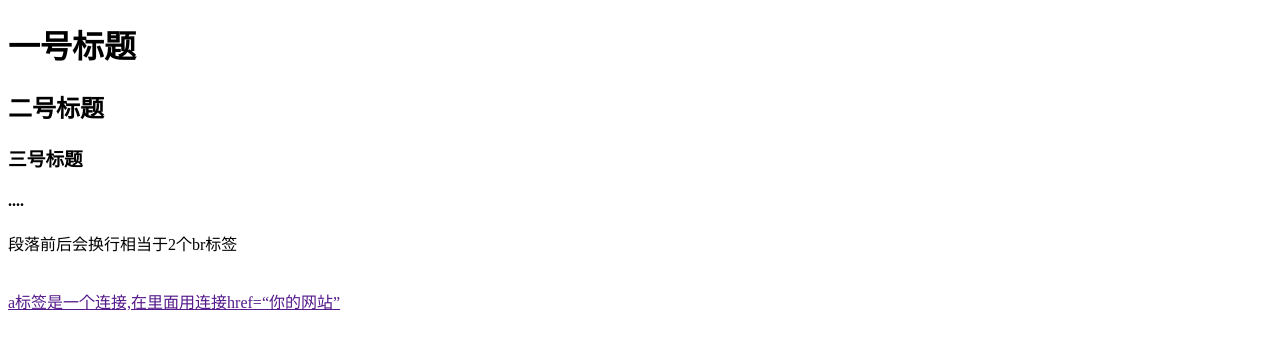
Repository: jarvanstack/vscode
Page: HTML/HTML基础知识.html
The author's editor kept a copy of each file at every save. The page is drawn from the files as they stood at one save, then again after the next save.
The browser window is 1280 px wide. The pictures show the whole page.

Above is the page before, as saved 2020-06-11 09:21:15.

### HTML/HTML基础知识.html
<!DOCTYPE html>
<html lang="en">
<head>
    <meta charset="UTF-8">
    <meta name="viewport" content="width=device-width, initial-scale=1.0">
    <title>HTML基础知识</title>
</head>
<body>
    <h1>一号标题</h1>
    <h2>二号标题</h2>
    <h3>三号标题</h3>
    <h4>....</h4>
    <p>段落前后会换行相当于2个br标签</p>
    <br>
    <a href="">a标签是一个连接,在里面用连接href=“你的网站”</a>
</body>
</html>

After the next save:
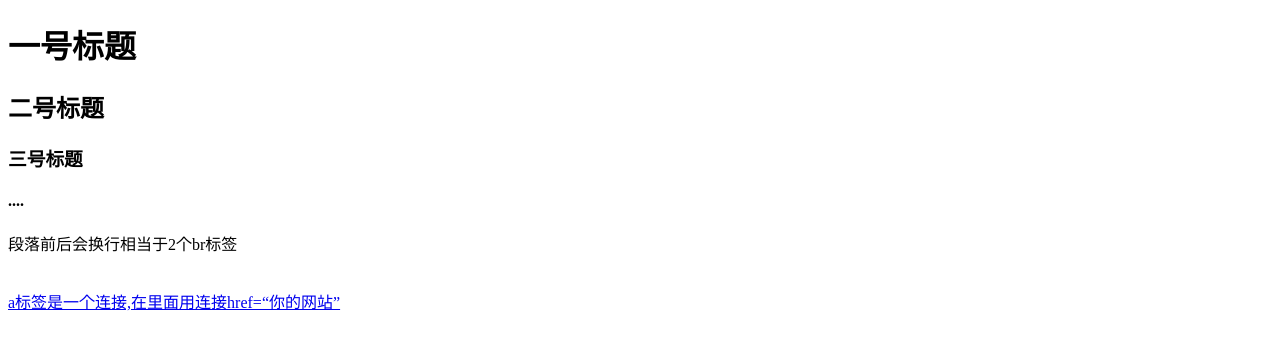
Saved 27 s later.
--- a/HTML/HTML基础知识.html
+++ b/HTML/HTML基础知识.html
@@ -12,6 +12,7 @@
     <h4>....</h4>
     <p>段落前后会换行相当于2个br标签</p>
     <br>
-    <a href="">a标签是一个连接,在里面用连接href=“你的网站”</a>
+    <a href="https://github.com/dengjiawen8955/NMID">a标签是一个连接,在里面用连接href=“你的网站”</a>
+
 </body>
 </html>
